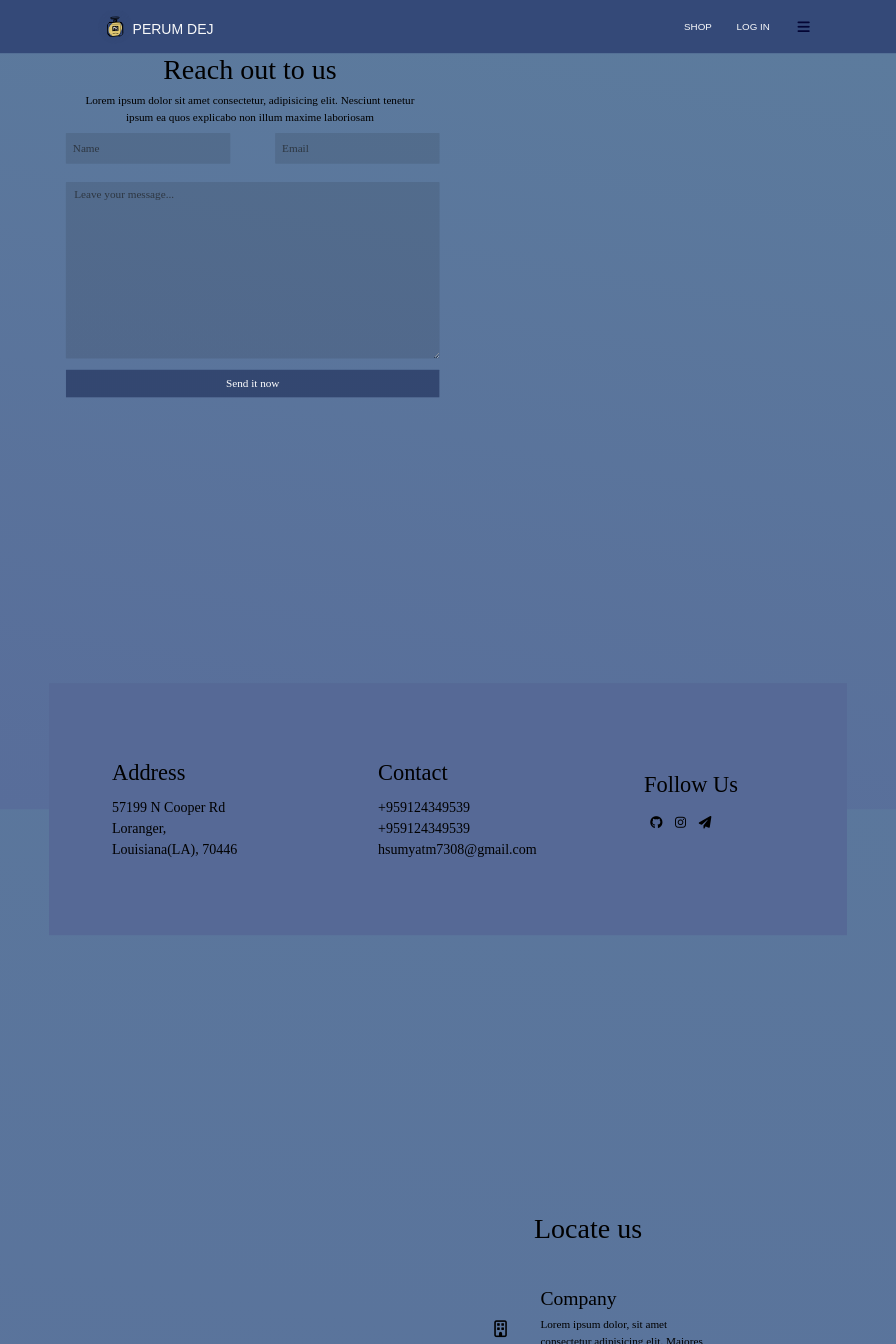
Repository: hsumyatm7308/Perum-Dej
Page: http://localhost/contact.php
These files come from the project's save history. The page is drawn as it stood at one moment and after the next save; the edit follows.
The browser window is 1280 px wide. The pictures show the part of the page from y = 0 to 1920 px (the page is 3804 px tall), at 70% of full size.
Pictures or frames that could not be fetched are drawn as grey boxes. The page is run by PHP 8.4 with error messages shown; the project is at /var/www/html/.

Above is the page before, as saved 2023-12-01 22:38:50.

After the next save:
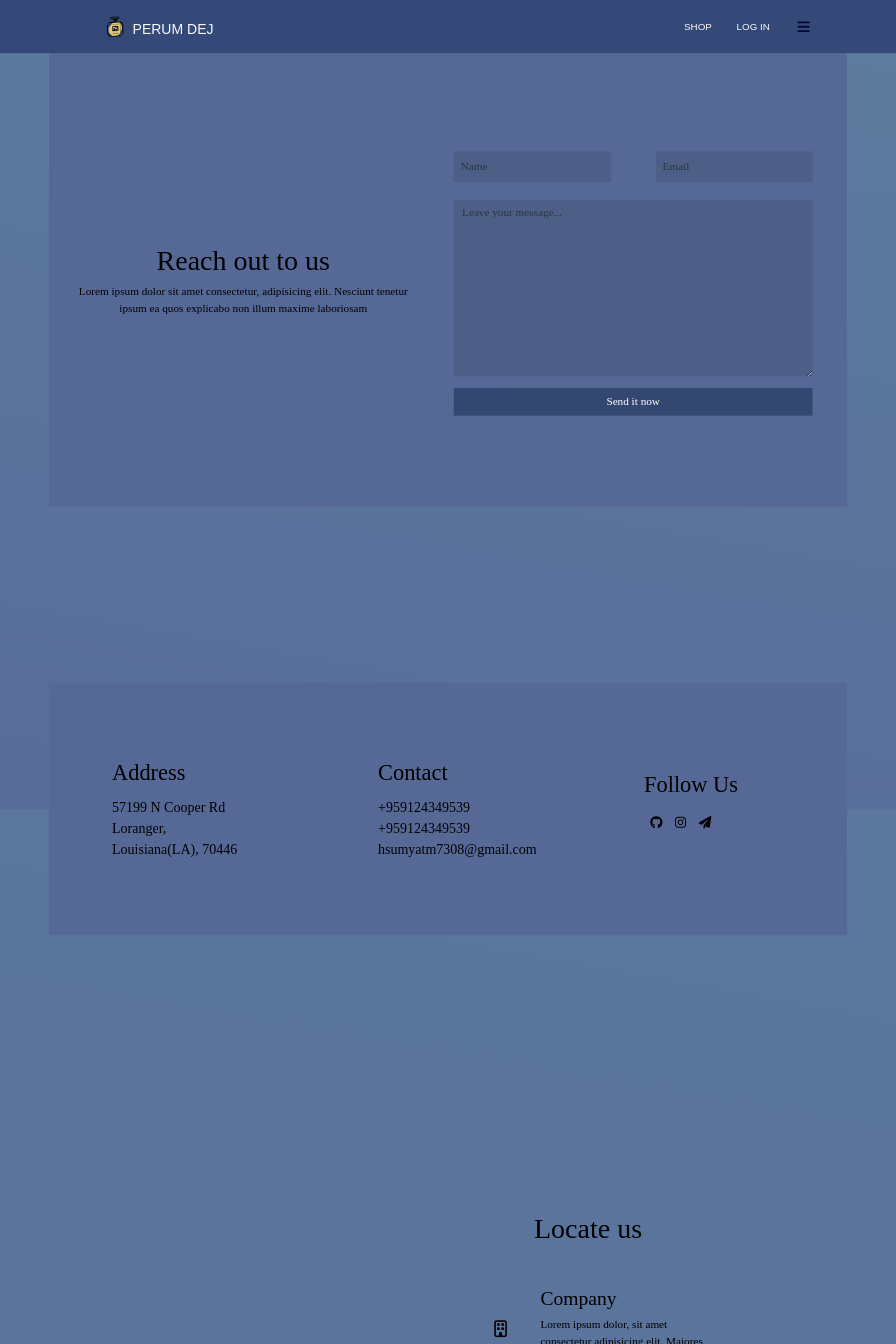
Saved 11 s later.
--- a/contact.php
+++ b/contact.php
@@ -212,7 +212,7 @@
         <div class="banner-container">
 
 
-            <div class="container ">
+            <div class="container contact-banner ">
 
 
                 <div class="contact-banner-title me-5">
